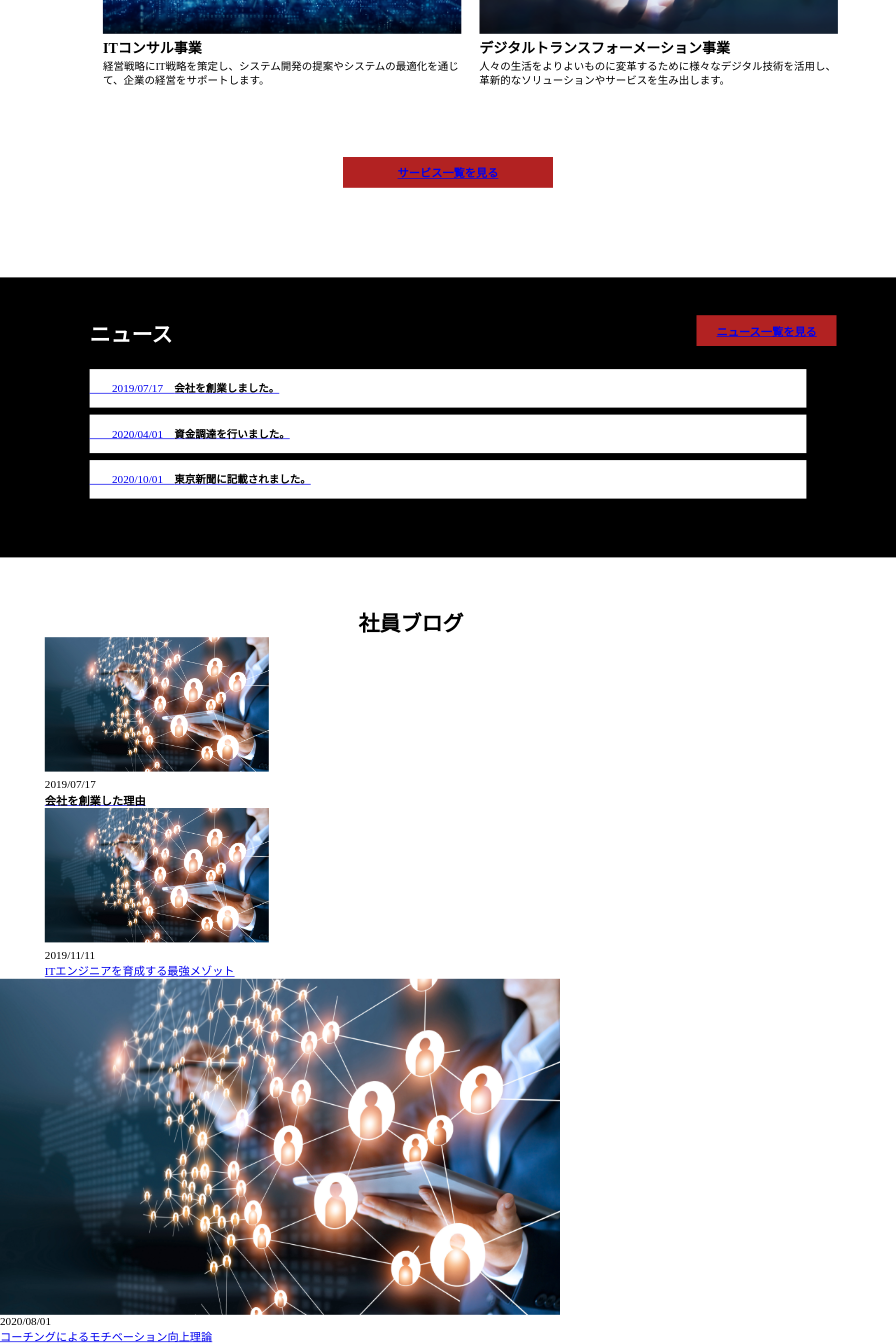
Repository: sigemasaasuka/20211012sigemasa
Page: index.html
These files come from the project's save history. The page is drawn as it stood at one moment and after a run of saves; the edit follows.
The browser window is 1280 px wide. The pictures show the part of the page from y = 1616 to 3536 px (the page is 3536 px tall before and 3258 px after), at 70% of full size.

Above is the page before, as saved 2021-10-19 17:45:08.

After the next 2 saves:
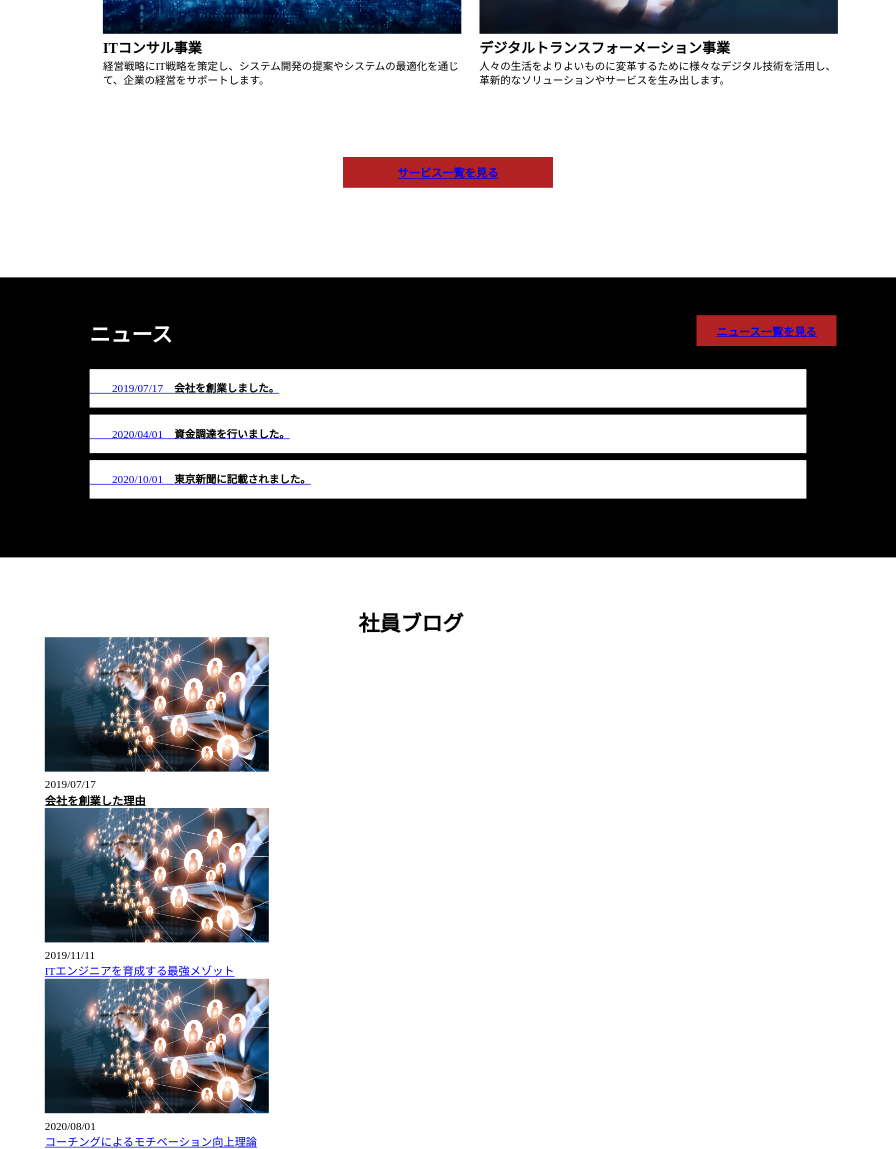
The 2 saves are shown as one change because they came seconds apart.
The last was saved 14 s later.
--- a/css/index.css
+++ b/css/index.css
@@ -301,12 +301,12 @@
   color: #000;
 }
 
-.-png {
+.coaching-png {
   width: 25%;
   margin-left: 5%;
 }
 
-.reason {
+.coaching{
   margin-top: 10px;
   color: #000;
 }
